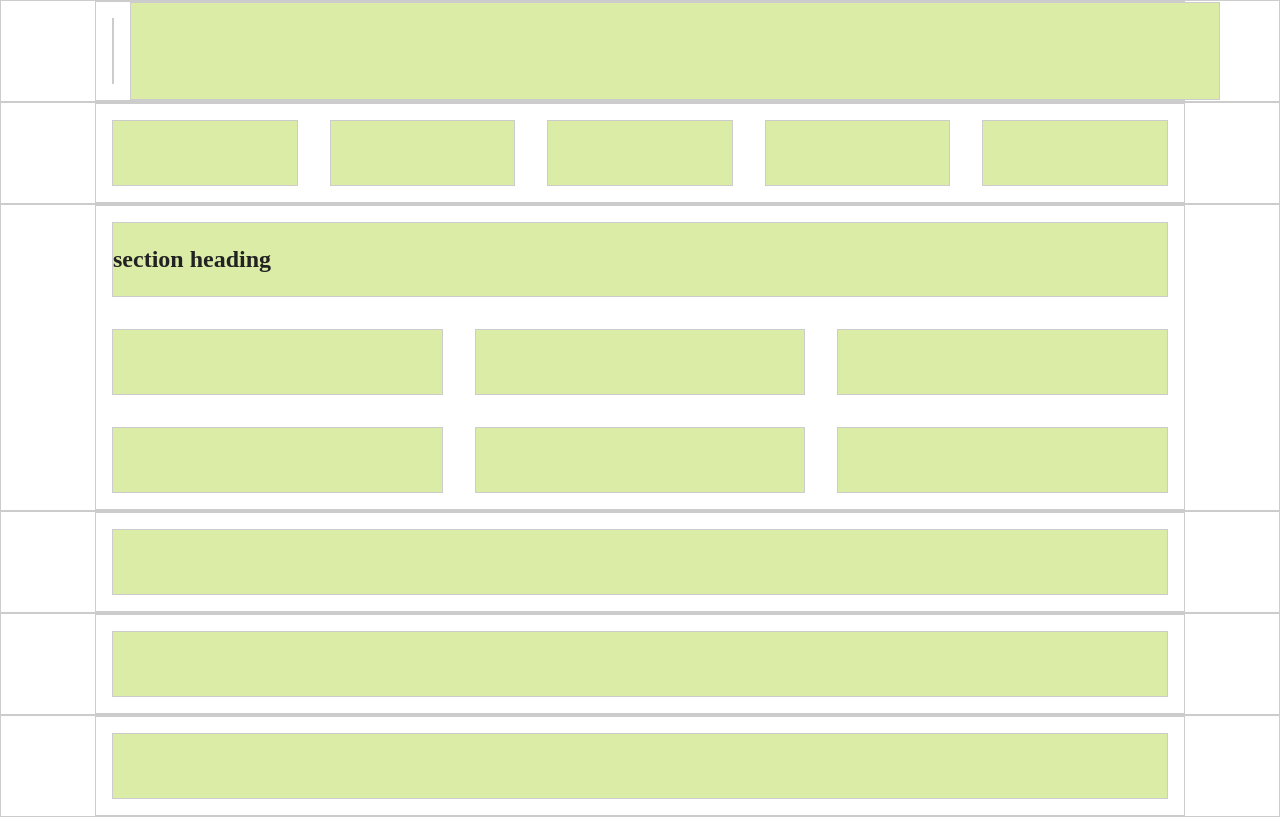
Repository: AlexBCIT/metrolicspractice
Page: index.html
These files come from the project's save history. The page is drawn as it stood at one moment and after the next save; the edit follows.
The browser window is 1280 px wide. The pictures show the whole page.

Above is the page before, as saved 2021-01-29 10:35:45.

After the next save:
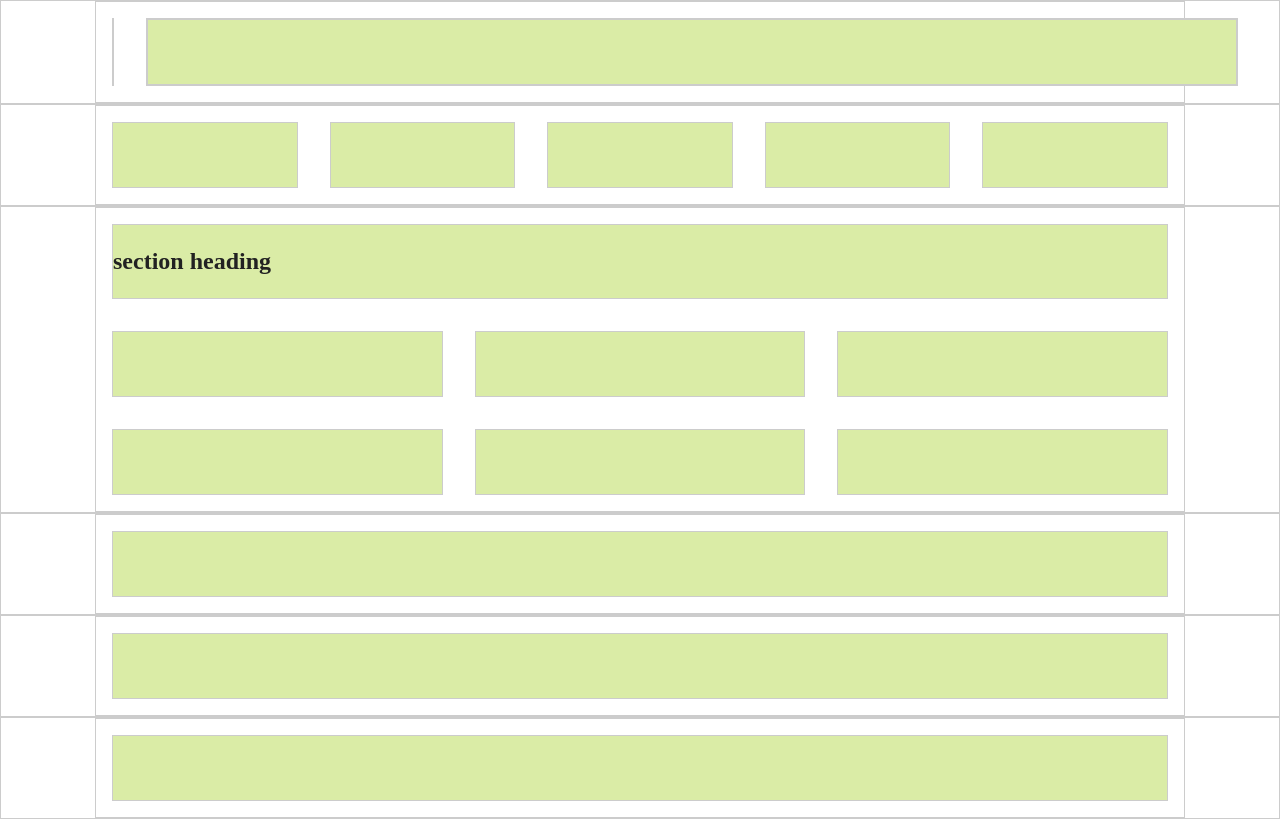
Saved 33 s later.
--- a/index.html
+++ b/index.html
@@ -29,8 +29,8 @@
             <div class="column">
 
             </div>
-            <div class="column row">
-
+            <div class="column">
+                <div class="row"></div>
             </div>
         </div>
     </div>
